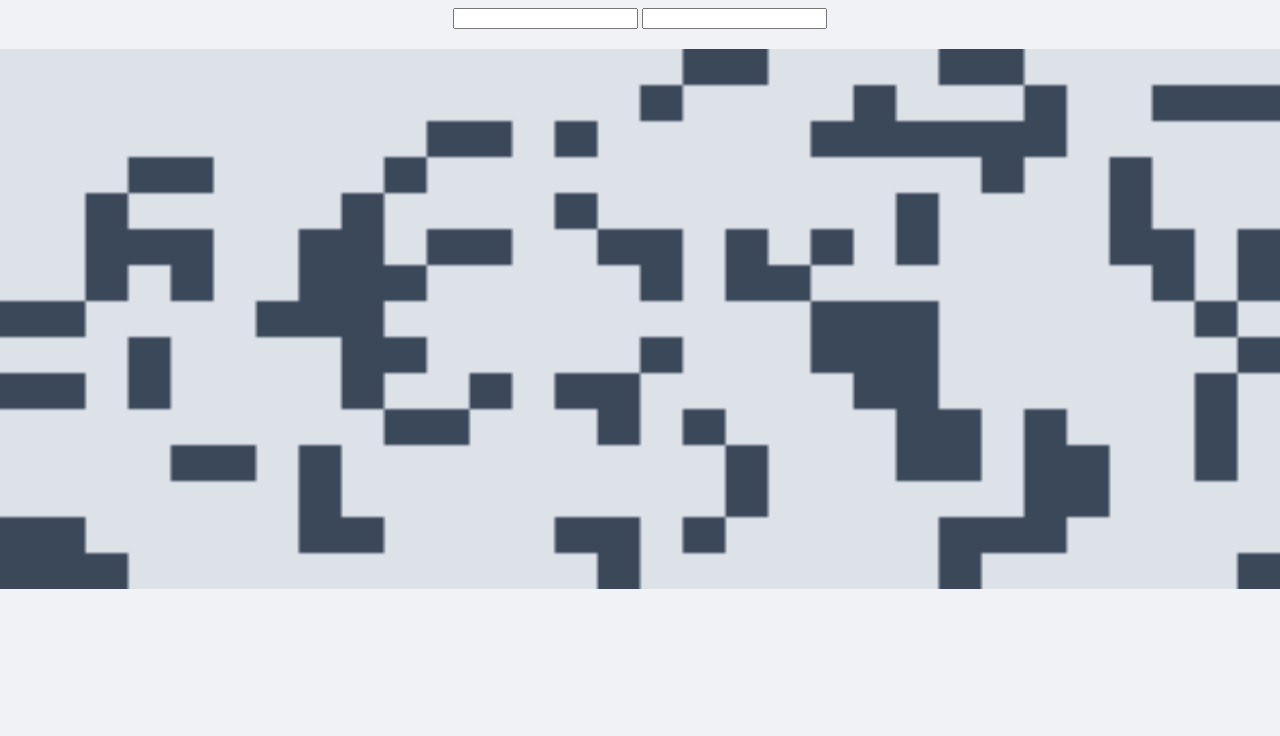
Repository: mayoujin/gol
Page: index.html
An editor plug-in stored every save of this project. The page is shown before and after the next save, followed by the edit.
The browser window is 1280 px wide. The pictures show the whole page.

Above is the page before, as saved 2021-03-20 14:41:58.

### index.html
<!DOCTYPE html>
<html lang="en">
    <head>
        <meta charset="UTF-8">
        <title>Жизнь</title>
        <link rel="stylesheet" type="text/css" href="index.css" />
        <script type="module" src="index.js" defer></script>
    </head>
    <body>
        <form>
            <input id="rows" />
            <input id="columns" />
        </form>
        <canvas id="canvas">
            Your browser does not support the HTML5 canvas tag.
        </canvas>
    </body>
</html>

### index.css
body {
  min-height: 100vh;
  display: flex;
  flex-direction: column;
  place-items: center;
  overflow: hidden;
  background-color: #f0f2f5;
}

form {
  margin-bottom: 20px;
}

#canvas {
  width: 100vw;
  height: 75vh;
}

### index.js
/**
 *
 */
class Cell {
  // Set the size for each cell
  static width = 10;
  static height = 10;
  static colors = {
    true: "#3b4859",
    false: "#dde2e9",
  };

  constructor(context, gridX, gridY) {
    this.context = context;

    // Store the position of this cell in the grid
    this.gridX = gridX;
    this.gridY = gridY;

    // Make random squares alive
    this.alive = Math.random() > 0.5;
  }

  draw() {
    // Draw a square, let the state determine the color
    this.context.fillStyle = this.constructor.colors[this.alive];
    this.context.fillRect(
      this.gridX * Cell.width,
      this.gridY * Cell.height,
      Cell.width,
      Cell.height
    );
  }
}

/**
 *
 */
class Game {
  /**
   *
   */
  cellManager = null;

  constructor(canvas, options = {}) {
    if (!canvas || canvas.tagName !== "CANVAS") {
      throw new Error("Canvas is not exists or not invalid node type");
    }
    const context = canvas.getContext("2d");
    const { rows = 40, columns = 75 } = options;
    const { width, height } = canvas;

    this.cellManager = new CellManager(context, {
      rows,
      columns,
      width,
      height,
    });
  }

  makeGeneration() {
    this.cellManager.makeGeneration();
  }
}

class CellManager {
  width = 0;
  height = 0;

  columns = 75;
  rows = 40;

  cells = [];
  context = null;

  constructor(context, options) {
    this.context = context;

    const { rows = 40, columns = 75, width, height } = options;
    Object.assign(this, { rows, columns, width, height });

    this.createGrid();
  }

  createGrid() {
    for (let y = 0; y < this.rows; y++) {
      for (let x = 0; x < this.columns; x++) {
        this.cells.push(new Cell(this.context, x, y));
      }
    }
  }

  isAlive(x, y) {
    if (x < 0 || x >= this.columns || y < 0 || y >= this.rows) {
      return false;
    }

    return this.cells[this.gridToIndex(x, y)].alive ? 1 : 0;
  }

  gridToIndex(x, y) {
    return x + y * this.columns;
  }

  checkSurrounding() {
    // Iterate over all cells
    const isAlive = this.isAlive.bind(this);

    for (let x = 0; x < this.columns; x++) {
      for (let y = 0; y < this.rows; y++) {
        // Count the nearby population
        const countAlive =
          isAlive(x - 1, y - 1) +
          isAlive(x, y - 1) +
          isAlive(x + 1, y - 1) +
          isAlive(x - 1, y) +
          isAlive(x + 1, y) +
          isAlive(x - 1, y + 1) +
          isAlive(x, y + 1) +
          isAlive(x + 1, y + 1);
        const centerIndex = this.gridToIndex(x, y);

        this.cells[centerIndex].nextAlive = ((countAlive) => {
          switch (countAlive) {
            case 2:
              // Do nothing
              return this.cells[centerIndex].alive;
            case 3:
              // Make alive
              return true;
            default:
              // Make dead
              return false;
          }
        })(countAlive);
      }
    }

    // Apply the new state to the cells
    this.cells.forEach((cell) => {
      cell.alive = cell.nextAlive;
    });
  }

  makeGeneration() {
    // Check the surrounding of each cell
    this.checkSurrounding();

    // Clear the screen
    this.context.clearRect(0, 0, this.width, this.height);

    // Draw all the cells
    this.cells.forEach((cell) => cell.draw());
  }
}

window.onload = () => {
  // The page has loaded, start the game
  const canvas = document.querySelector("#canvas");
  const options = { columns: 50, rows: 100 };

  //   const columns = document.querySelector("#columns"); //.value
  //   const rows = document.querySelector("#rows"); //.value
  //   columns.addEventListener("change", () => {});

  let stop = false;
  setTimeout(() => (stop = true), 1000);

  const game = new Game(canvas, options);
  (function gameLoop() {
    window.requestAnimationFrame(() => {
      game.makeGeneration();
      if (stop === true) {
        stop = false;
        return;
      }
      setTimeout(() => gameLoop(), 100);
    });
  })();
};

After the next save:
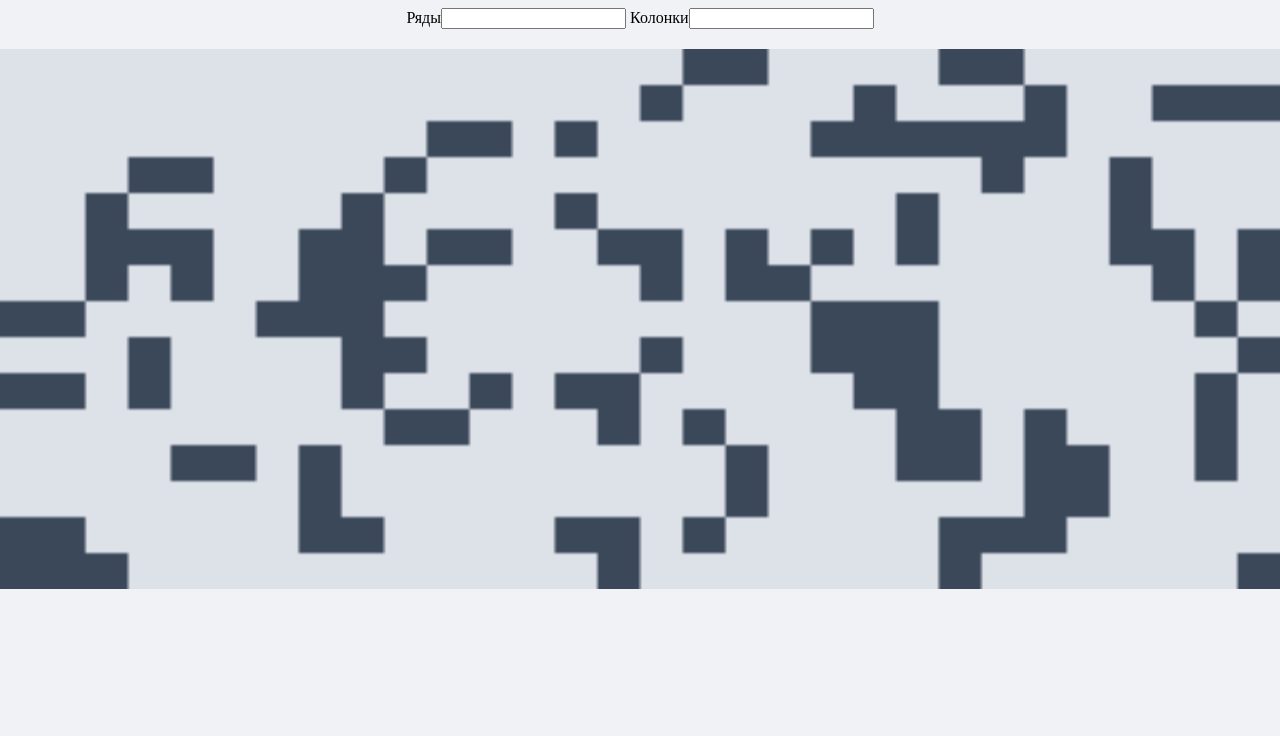
Saved 42 s later.
--- a/index.html
+++ b/index.html
@@ -8,8 +8,8 @@
     </head>
     <body>
         <form>
-            <input id="rows" />
-            <input id="columns" />
+            <label for="rows">Ряды</label><input id="rows" />
+            <label for="columns">Колонки</label><input id="columns" />
         </form>
         <canvas id="canvas">
             Your browser does not support the HTML5 canvas tag.
